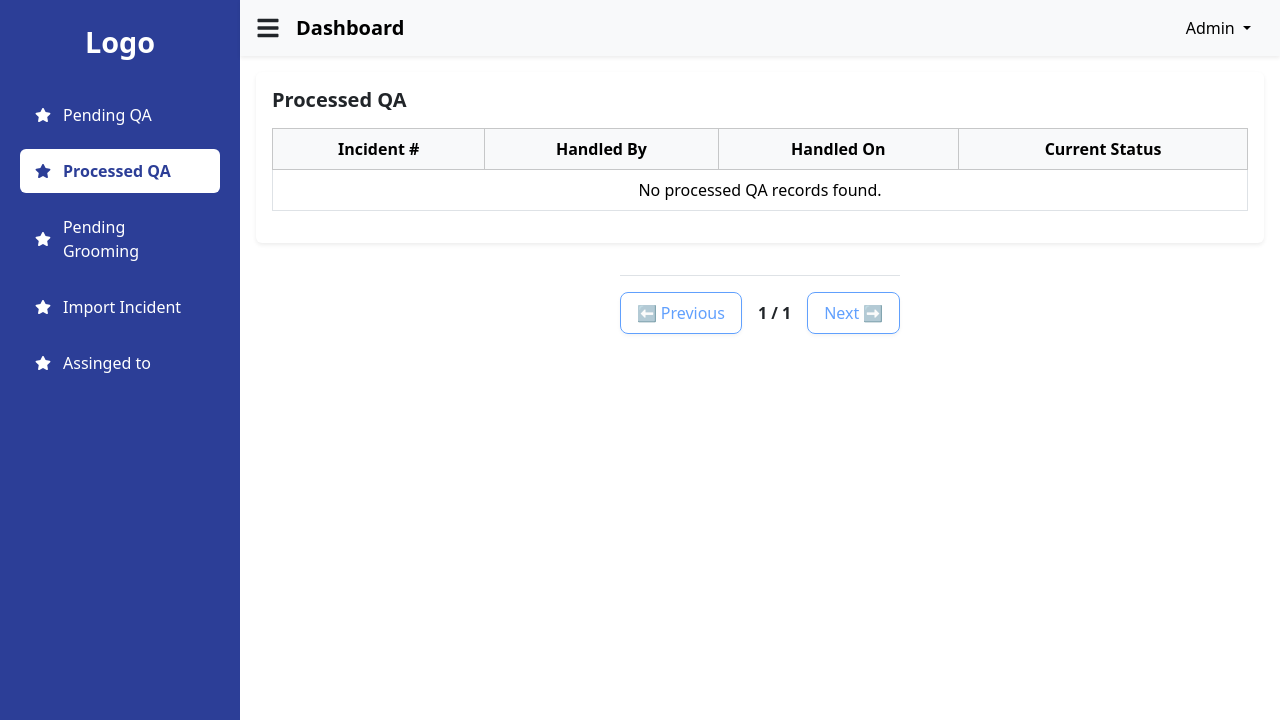
Repository: ArunGOW/ServiceNow_QA-audit
Page: /dashboard/processed-qa
An editor plug-in stored every save of this project. The page is shown before and after the next save, followed by the edit.
The browser window is 1280 px wide. The pictures show the whole page.
The page's requests for data from a server got no answer. The project was rebuilt for these pictures with package versions that can differ from the ones it lists, and the page was loaded fresh each time. No one was signed in, and anything a server would have sent is missing. Also part of the build but not shown: vite.config.js, src/components/Login.jsx, src/components/layout/Topbar.css, src/components/tables/PendingQATable.jsx, src/pages/PendingQAPage.jsx, src/pages/GroomingPage.jsx, src/pages/ImportIncidentPage.jsx.

Above is the page before, as saved 2025-09-09 21:26:39.

After the next save:
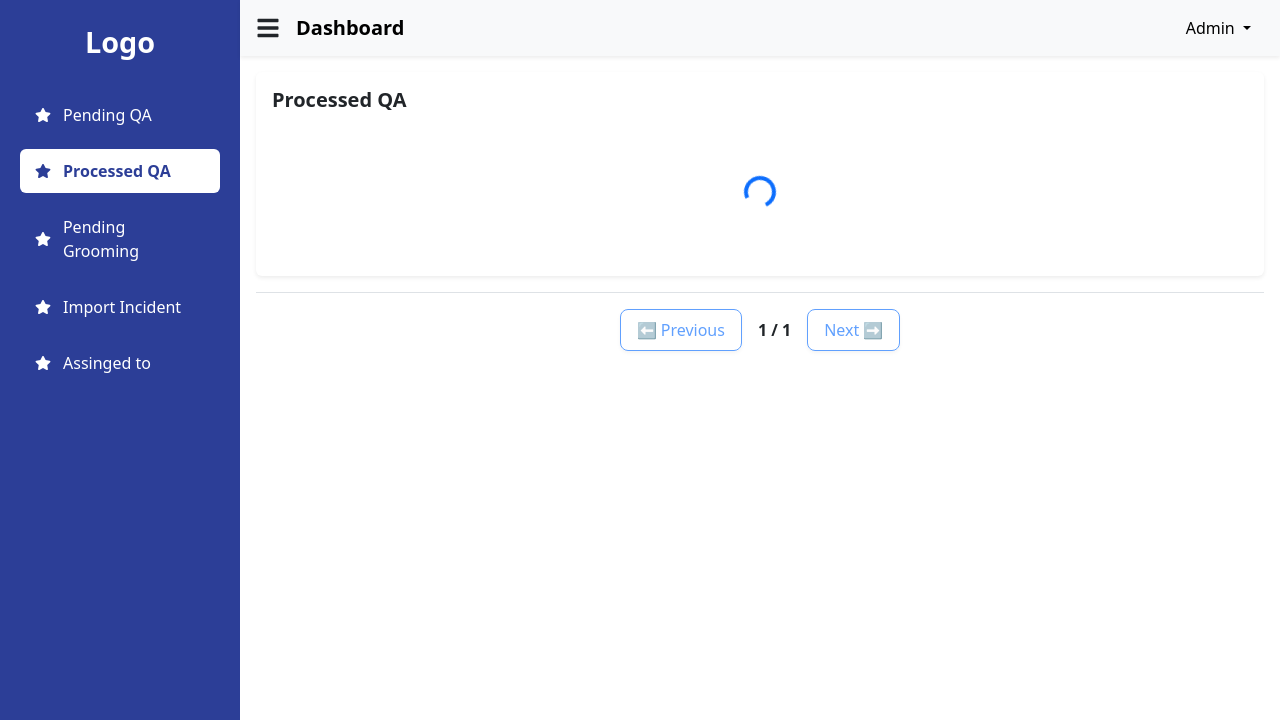
Saved 22 s later.
--- a/src/pages/ProcessedQAPage.jsx
+++ b/src/pages/ProcessedQAPage.jsx
@@ -1,53 +1,78 @@
-// src/pages/ProcessedQAPage.jsx
-import { useState, useEffect } from "react";
-import axios from "axios";
+// // src/pages/ProcessedQAPage.jsx
+// import { useState, useEffect } from "react";
+// import axios from "axios";
+// import ProcessedQATable from "../components/tables/ProcessedQATable";
+// import PaginationControls from "../components/PaginationControls";
+
+// const ProcessedQAPage = () => {
+//   const [incidents, setIncidents] = useState([]);
+//   const [loading, setLoading] = useState(true);
+//   const [currentPage, setCurrentPage] = useState(1);
+//   const [totalPages, setTotalPages] = useState(1);
+//   const limit = 10;
+
+//   useEffect(() => {
+//     const fetchData = async () => {
+//       setLoading(true);
+//       try {
+//         const skip = (currentPage - 1) * limit;
+//         const res = await axios.post("http://localhost:8000/api/users/get/incidents", {
+//           skip,
+//           limit,
+//         });
+
+//         // Ensure backend response has these keys:
+//         setIncidents(res.data.processed || []);
+
+//         // ✅ Dynamically calculate total pages
+//         if (res.data.total_count) {
+//           setTotalPages(Math.ceil(res.data.total_count / limit));
+//         }
+//       } catch (error) {
+//         console.error("❌ Error fetching processed incidents:", error);
+//       } finally {
+//         setLoading(false);
+//       }
+//     };
+//     fetchData();
+//   }, [currentPage]);
+
+//   return (
+//     <>
+//       <ProcessedQATable incidents={incidents} loading={loading} />
+//       <div className="d-flex justify-content-center mt-3">
+//         <PaginationControls
+//           currentPage={currentPage}
+//           totalPages={totalPages}
+//           handlePrevious={() => setCurrentPage((p) => Math.max(p - 1, 1))}
+//           handleNext={() => setCurrentPage((p) => Math.min(p + 1, totalPages))}
+//         />
+//       </div>
+//     </>
+//   );
+// };
+
+// export default ProcessedQAPage;
+
+
+import { useState } from "react";
+import useIncidents from "../hooks/useIncidents";
 import ProcessedQATable from "../components/tables/ProcessedQATable";
 import PaginationControls from "../components/PaginationControls";
 
 const ProcessedQAPage = () => {
-  const [incidents, setIncidents] = useState([]);
-  const [loading, setLoading] = useState(true);
   const [currentPage, setCurrentPage] = useState(1);
-  const [totalPages, setTotalPages] = useState(1);
-  const limit = 10;
-
-  useEffect(() => {
-    const fetchData = async () => {
-      setLoading(true);
-      try {
-        const skip = (currentPage - 1) * limit;
-        const res = await axios.post("http://localhost:8000/api/users/get/incidents", {
-          skip,
-          limit,
-        });
-
-        // Ensure backend response has these keys:
-        setIncidents(res.data.processed || []);
-
-        // ✅ Dynamically calculate total pages
-        if (res.data.total_count) {
-          setTotalPages(Math.ceil(res.data.total_count / limit));
-        }
-      } catch (error) {
-        console.error("❌ Error fetching processed incidents:", error);
-      } finally {
-        setLoading(false);
-      }
-    };
-    fetchData();
-  }, [currentPage]);
+  const { processedIncidents, loading, totalPages } = useIncidents(currentPage);
 
   return (
     <>
-      <ProcessedQATable incidents={incidents} loading={loading} />
-      <div className="d-flex justify-content-center mt-3">
-        <PaginationControls
-          currentPage={currentPage}
-          totalPages={totalPages}
-          handlePrevious={() => setCurrentPage((p) => Math.max(p - 1, 1))}
-          handleNext={() => setCurrentPage((p) => Math.min(p + 1, totalPages))}
-        />
-      </div>
+      <ProcessedQATable incidents={processedIncidents} loading={loading} />
+      <PaginationControls
+        currentPage={currentPage}
+        totalPages={totalPages}
+        handlePrevious={() => setCurrentPage(p => Math.max(p - 1, 1))}
+        handleNext={() => setCurrentPage(p => p + 1)}
+      />
     </>
   );
 };
